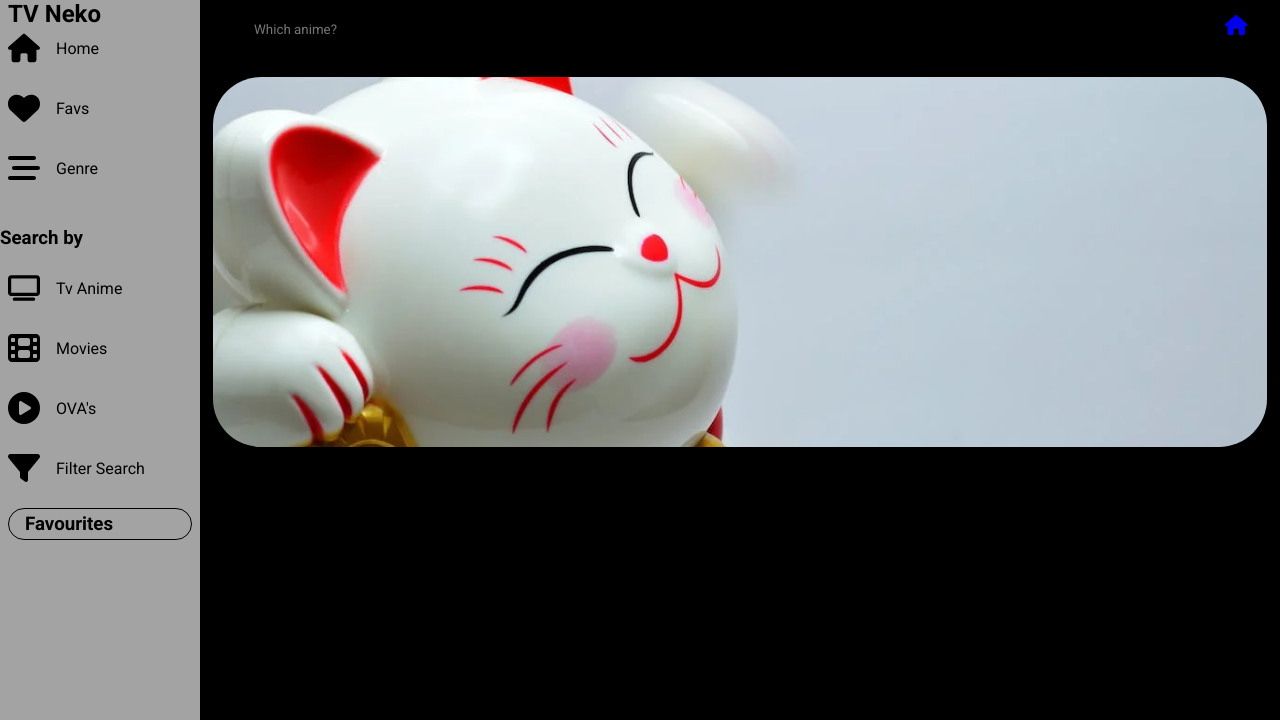
Repository: OwenMargiela/AnimeDatabse
Page: /
An editor plug-in stored every save of this project. The page is shown before and after a run of saves, followed by the edit.
The browser window is 1280 px wide. The pictures show the whole page.
The page's requests for data from a server got no answer. The project was rebuilt for these pictures with package versions that can differ from the ones it lists, and the page was loaded fresh each time. No one was signed in, and anything a server would have sent is missing. Also part of the build but not shown: src/Components/AnimeContainer.jsx, src/Pages/AnimePage/AnimePage.jsx, src/Components/Score.css, src/Components/Score.jsx, src/Components/AnimeDescription.jsx, src/Pages/AnimePage/AnimeInfo.jsx, src/Pages/AnimePage/AnimeGenre.jsx, src/Pages/FavouritesPage/Favourites.css and 7 more.

Above is the page before, as saved 2023-01-26 14:56:26.

### public/index.html
<!DOCTYPE html>
<html lang="en">
  <head>
    <meta charset="utf-8" />
    <link rel="icon" href="%PUBLIC_URL%/favicon.ico" />
    <meta name="viewport" content="width=device-width, initial-scale=1" />
    <meta name="theme-color" content="#000000" />
    <meta
      name="description"
      content="Web site created using create-react-app"
    />
    <link rel="apple-touch-icon" href="%PUBLIC_URL%/logo192.png" />
    <!--
      manifest.json provides metadata used when your web app is installed on a
      user's mobile device or desktop. See https://developers.google.com/web/fundamentals/web-app-manifest/
    -->
    <link rel="manifest" href="%PUBLIC_URL%/manifest.json" />
    <!--
      Notice the use of %PUBLIC_URL% in the tags above.
      It will be replaced with the URL of the `public` folder during the build.
      Only files inside the `public` folder can be referenced from the HTML.

      Unlike "/favicon.ico" or "favicon.ico", "%PUBLIC_URL%/favicon.ico" will
      work correctly both with client-side routing and a non-root public URL.
      Learn how to configure a non-root public URL by running `npm run build`.
    -->
    <title>TV Neko</title>
  </head>
  <body>
    <noscript>You need to enable JavaScript to run this app.</noscript>
    <div id="root"></div>
    <!--
      This HTML file is a template.
      If you open it directly in the browser, you will see an empty page.

      You can add webfonts, meta tags, or analytics to this file.
      The build step will place the bundled scripts into the <body> tag.

      To begin the development, run `npm start` or `yarn start`.
      To create a production bundle, use `npm run build` or `yarn build`.
    -->
  </body>
</html>

### src/index.js
import React from 'react';
import ReactDOM from 'react-dom/client';
import './index.css';
import App from './App';
import reportWebVitals from './reportWebVitals';
import { library } from '@fortawesome/fontawesome-svg-core';
import { faSearch,faStarHalfAlt,faStar,faHouse,faTv,faFilm,faBarsStaggered, faCirclePlay,faHeart,faCalendarDays,faX,faFilter,faArrowRight,faBars} from '@fortawesome/free-solid-svg-icons';

library.add(faSearch,faStarHalfAlt,faStar,faHouse,faTv,faFilm,faBarsStaggered, faCirclePlay,faHeart,faCalendarDays,faX,faFilter,faArrowRight,faBars)
const root = ReactDOM.createRoot(document.getElementById('root'));
root.render(
    <App />
);

// If you want to start measuring performance in your app, pass a function
// to log results (for example: reportWebVitals(console.log))
// or send to an analytics endpoint. Learn more: https://bit.ly/CRA-vitals
reportWebVitals();

### src/index.css
@import url('https://fonts.googleapis.com/css2?family=Roboto:ital,wght@0,100;0,400;0,500;0,700;0,900;1,100;1,700&display=swap');
*{
  margin: 0;
  padding: 0;
  box-sizing: border-box;
  font-family: 'Roboto',sans-serif;
}

### src/App.js
import { BrowserRouter as Router, Routes, Route, Link } from "react-router-dom";
import "./App.css";

import Home from "./Pages/HomePage/Home";
import AnimePage from "./Pages/AnimePage/AnimePage.jsx";
import AnimeInfo from "./Pages/AnimePage/AnimeInfo";
import { useEffect, useState } from "react";
import axios from "axios";
import { FontAwesomeIcon } from "@fortawesome/react-fontawesome";
import AnimeGenre from "./Pages/AnimePage/AnimeGenre";
import Favourites from "./Pages/FavouritesPage/Favourites";
import Sidebar from "./Components/Sidebar";
import Movies from "./Pages/AnimePage/Movies";

import OVA from "./Pages/AnimePage/OVA";
import TvAnime from "./Pages/AnimePage/TvAnime";
import FilterSearch from "./Pages/AnimePage/FilterSearch";

function App() {
  const [animes, setAnimes] = useState();
  const [valueSearch, setValueSearch] = useState();
  const [favourites, setFavourites] = useState([]);
  const [genres, setGenre] = useState([]);

  function sendToFavourites(info) {
    setFavourites([...favourites, info]);
  }

  function removeFromFavourites(anime) {
    setFavourites(
      favourites.filter((favourite) => favourite.mal_id !== anime.mal_id)
    );
    console.log(favourites);
  }

  async function fetchAnime(valueSearch) {
    if (valueSearch) {
      const { data } = await axios.get(
        `https://api.jikan.moe/v4/anime?q=${valueSearch}&sfw`
      );
      setAnimes(data.data);
    }
  }

  useEffect(()=>{
    async function getGenre(){
      const {data} = await axios.get(`https://api.jikan.moe/v4/genres/anime`)
      setGenre(data.data)
    }
    getGenre()
    setTimeout(()=>{
      console.log(genres)
    },300)
  },[])

  console.log(animes)

  function fetchBySearch() {
    fetchAnime(valueSearch);
  }
  return (
    <Router>
      <div className="App">
        <div className="sidebar">
          <Sidebar genres={genres} favourites={favourites}></Sidebar>
        </div>
        <div className="main">
          <nav className="nav">
            <div className="bars__icon" >
          <FontAwesomeIcon icon="fa-solid fa-bars" />

            </div>
            <form>
              <div className="search__container">
                <input
                  placeholder="Which anime?"
                  onKey
                  type="text"
                  value={valueSearch}
                  onChange={(event) => setValueSearch(event.target.value)}
                />
                <Link to="/anime">
                  <button type="submit" onClick={() => fetchBySearch()}>
                    <FontAwesomeIcon icon="fa-search"></FontAwesomeIcon>
                  </button>
                </Link>
              </div>
            </form>
            <div className="home__icon">
              <Link to="/">
                <FontAwesomeIcon icon="fa-house"></FontAwesomeIcon>
              </Link>
            </div>
          </nav>

          <Routes>
            <Route path="/" element={<Home></Home>}></Route>
            <Route
              path="/favourites"
              element={
                <Favourites
                  removeFromFavourites={removeFromFavourites}
                  favourites={favourites}
                ></Favourites>
              }
            ></Route>
            <Route
              path="/anime"
              element={<AnimePage animes={animes}></AnimePage>}
            ></Route>
            <Route
              path=":id/:id"
              element={
                <AnimeInfo
                  favourites={favourites}
                  sendToFavourites={sendToFavourites}
                  animes={animes}
                ></AnimeInfo>
              }
            ></Route>
            <Route path="/:id" element={<AnimeGenre></AnimeGenre>}></Route>
            <Route path="/TV" element={<TvAnime></TvAnime>}></Route>
            <Route path="/Movies" element={<Movies></Movies>}></Route>
            <Route path="/Ova's" element={<OVA></OVA>}></Route>
            <Route path="/filter" element={<FilterSearch genres={genres} ></FilterSearch>}></Route>
          </Routes>
        </div>
      </div>
    </Router>
  );
}

export default App;

### src/App.css
::-webkit-scrollbar {
  display: none;
}

.App {
  display: flex;
  justify-content: space-between;
  height: 100vh;
  min-height: 500px;
  width: 100%;
  background-color: black;
  /* overflow-y: hidden; */
}
a{
  text-decoration: none;
}

li{
  list-style-type: none;
  color: black;
}

nav {
  position: sticky;
  top: 0;
  display: flex;
  align-items: center;
  justify-content: space-between;
  margin-bottom: 1.75rem;
  padding: 0.75em 1.25em;
  width: 100%;
  height: 3em;
}


.main {
  margin: 0 0.75em ;
  border: 1px solid black;
  overflow-y: scroll;
  width: 100%;
}

.sidebar {
  max-width: 250px;
  min-width: 200px;
  border: 1px solid black;
  background-color: rgb(190, 190, 190);
}

.landinImageContainer {
  width: 100%;
  height: 370px;
  margin: 0 auto;
}

.landinImageContainer img {
  height: 100%;
  border-radius: 3rem;
  width: 100%;
  object-fit: cover;
}

.home__icon,
.bars__icon {
  font-size: 1.25rem;
}

.bars__icon {
  display: none;
}

.home__icon {
  margin-left: 0.8rem;
}

.search__container {
  display: flex;
  align-items: center;
  justify-content: center;
  width: 100%;
  margin-top: 0.5em;
  margin-left: 0.5em;
  height: 2.75em;
  padding: 0 0.75em;
  border-radius: 2rem;
  border: 1px solid black;
}

.search__container input {
  width: 100%;
  border: none;
  outline: none;
  background: none;
}

.search__container button {
  background-color: transparent;
  border: none;
  color: none;
  cursor: pointer;
}

.anime__wrapper--container{
  display: flex;
  flex-direction: column;
  margin-bottom: -100px;
}

.anime__container{
  display: flex;
  flex-direction: column;
  align-items: center;
  flex-grow: 1;

}

.anime__image{
  border: 1px solid black;
  border-radius: 1em;
  min-width: 14rem;
  margin-bottom: 1rem;

}


/* .anime__image{
  border: 1px solid black;
  height: 100%;
  width: 100%;
  object-fit: cover;
  flex-grow: 1;
  margin-right: 1.25em;
  margin-bottom: 1.25em;
} */
.mainBody{
  margin: 2em 0;
  /* border: 1px solid black; */
}

@media screen and (max-width: 700px) {
  .sidebar {
    display: none;
  }
  .bars__icon {
    display: block;
  }
}
@media screen and (min-width: 480px) {
  .anime__wrapper{
    display: flex;
    flex-wrap: wrap;
    justify-content: space-between;
    margin-bottom: 7rem;

  }
  .anime__image{
    max-height: 300px;
  }
}
@media screen and (max-width: 480px) {
  .anime__wrapper{
    display: flex;
    flex-direction: column;
    align-items: center;

  }
  .anime__image{
    height: 400px;
  }
  nav{
    justify-content: center;
  }
}

### src/Pages/HomePage/Home.jsx
import React, { useEffect, useState } from "react";
import neko from "./assets/neko.webp";
import axios from "axios";
import AnimeContainer from "../../Components/AnimeContainer";
import { Link } from "react-router-dom";
function Home() {
  const [top, setTop] = useState();
  const [movies, setMovies] = useState();
  const [adventure, setAdventure] = useState();

  useEffect(() => {
    async function getFrontPage() {
      const { data: top } = await axios.get(
        "https://api.jikan.moe/v4/top/anime"
      );
      setTop(top.data.slice(0, 12));

      const { data: movie } = await axios.get(
        "https://api.jikan.moe/v4/anime?type=movie"
      );
      setMovies(movie.data.slice(0, 6));

      const { data: adventure } = await axios.get(
        "https://api.jikan.moe/v4/anime?genres=2&order_by=score&sort=desc"
      );
      setAdventure(adventure.data.slice(0, 6));
    }
    getFrontPage();
  }, []);

  return (
    <div className="Home">
      <div className="landinImageContainer">
        <img src={neko} alt="" />
      </div>
      <div className="mainBody">
        <div className="anime__wrapper--container">
          <h2>Top Anime</h2>
          <div className="anime__wrapper">
            {top?.slice(0, 6).map((anime) => (
              <Link to={`anime/${anime.mal_id}`}>
                <AnimeContainer anime={anime}></AnimeContainer>
              </Link>
            ))}
          </div>
        </div>

        <div className="anime__wrapper--container">
          <h2>Movies</h2>
          <div className="anime__wrapper">
            {movies?.map((anime) => (
              <Link to={`anime/${anime.mal_id}`}>
                <AnimeContainer anime={anime}></AnimeContainer>
              </Link>
            ))}
          </div>
        </div>

        <div className="anime__wrapper--container">
          <h2>Adventure Anime</h2>
          <div className="anime__wrapper">
            {adventure?.map((anime) => (
              <Link to={`anime/${anime.mal_id}`}>
                <AnimeContainer anime={anime}></AnimeContainer>
              </Link>
            ))}
          </div>
        </div>
      </div>
    </div>
  );
}

export default Home;

### src/Components/Sidebar.jsx
import { FontAwesomeIcon } from "@fortawesome/react-fontawesome";
import React from "react";
import "./Sidebar.css";
import { Link } from "react-router-dom";
import { useState } from "react";

function Sidebar({ favourites, genres }) {
  const [genreToggle, setGenreToggle] = useState(false);
  function toggleGenre() {
    genreToggle === false ? setGenreToggle(true) : setGenreToggle(false);
  }

  return (
    <>
      <div className="sidebar">
        <div className="sidebar__head">
          <h2>TV Neko</h2>
        </div>
        <ul className="sidebar__list">
          <Link to="/">
            <li className="sidebar__list--item">
              <FontAwesomeIcon
                className="sidebar__list--item-icon"
                icon="fa-solid fa-house"
              ></FontAwesomeIcon>
              <p>Home</p>
            </li>
          </Link>

          <Link to="/favourites">
            <li className="sidebar__list--item">
              <FontAwesomeIcon
                className="sidebar__list--item-icon"
                icon="fa-solid fa-heart"
              ></FontAwesomeIcon>
              {favourites.length > 0 && <span>{favourites.length}</span>}
              <p>Favs</p>
            </li>
          </Link>
          <li
            onClick={() => toggleGenre()}
            className="sidebar__list--item sidebar__list--item-genre"
          >
            <div className="icon__para">
              <FontAwesomeIcon
                className="sidebar__list--item-icon"
                icon="fa-solid fa-bars-staggered"
              />
              <p>Genre</p>
            </div>
            <li className="genres">
              <div className={`${genreToggle} || Sidebar__genres`}>
                {genres
                  ?.filter(
                    (genres) =>
                      genres.mal_id !== 28 &&
                      genres.mal_id !== 26 &&
                      genres.mal_id !== 9
                  )
                  .slice(0, 8)
                  .map((genre) => (
                    <Link to={`/${genre.mal_id}`}>
                      <div className="sidebar__genre">
                        <p>{genre.name}</p>
                      </div>
                    </Link>
                  ))}
                  <Link to="/filter" >
                <p className="view__all-btn">
                  view all{" "}
                  <FontAwesomeIcon icon="fa-solid fa-arrow-right"></FontAwesomeIcon>
                </p>
                  </Link>
              </div>
            </li>
          </li>

          <br />
          <h3>
            Search by
          </h3>
          <br />
          <Link to="/TV">
            <li className="sidebar__list--item">
              <FontAwesomeIcon
                className="sidebar__list--item-icon"
                icon="fa-solid fa-tv"
              />
              <p>Tv Anime</p>
            </li>
          </Link>
          <Link to="/Movies">
            <li className="sidebar__list--item">
              <FontAwesomeIcon
                className="sidebar__list--item-icon"
                icon="fa-solid fa-film"
              />
              <p>Movies</p>
            </li>
          </Link>
          <Link to="/Ova's">
            <li className="sidebar__list--item">
              <FontAwesomeIcon
                className="sidebar__list--item-icon"
                icon="fa-solid fa-circle-play"
              />
              <p>OVA's</p>
            </li>
          </Link>
          <Link to="/filter">
            <li className="sidebar__list--item">
              <FontAwesomeIcon
                className="sidebar__list--item-icon"
                icon="fa-solid fa-filter"
              />
              <p>Filter Search</p>
            </li>
          </Link>
        </ul>

        <div className="Favourite">
          <h3>Favourites</h3>
          <ul className="favourites__list">
            {favourites?.slice(0, 5).map((anime) => (
              <Link to={`/favourites`}>
                <li className="favourites__list--item" key={anime.mal_id}>
                  {anime.title}
                </li>
              </Link>
            ))}
          </ul>
        </div>
      </div>
    </>
  );
}

export default Sidebar;

### src/Components/Sidebar.css
li{
    list-style-type: none;
}

.sidebar{
    border: none;
    background-color: #a3a3a3;
    padding-bottom: 200px;
    overflow-y: hidden;
}
.sidebar__head{
    display: flex;
    flex-direction: column;
    margin-left: 8px;
}

.sidebar__head--img{
    width: 50%;
    object-fit: cover;
    border-radius: 50%;
}



.sidebar__list--item,
.favourites__list--item{
    display: flex;
    align-items: center;
    margin-bottom: 20px;
    width: 90%;
    padding: 4px 8px;
    border-radius: 1rem;
    transition: all 300ms ease;
    cursor: pointer;

}
.sidebar__list--item-icon{
    height: 32px;
    width: 32px;
}

.sidebar__list--item p{
    margin-left: 16px;

}
.sidebar__list--item span{
    display: flex;
    justify-content: center;
    align-items: center;
    width: 16px;
    height: 16px;
    transform: translate(-10px,10px);
    background-color: rgb(231, 231, 231);
    color: rgb(71, 71, 71) ;
    box-shadow: 0px 0px 15px 1px rgba(235, 235, 235, 0.45);
    border-radius: 50%;

}


.sidebar__list--item:hover,
.favourites__list--item:hover{
    transform: translateX(5px);
    background-color: rgb(231, 231, 231);
    color: rgb(71, 71, 71) ;
    box-shadow: 0px 0px 15px 1px rgba(235, 235, 235, 0.45);
}
.Sidebar__genres{
    display: flex;
    flex-direction: column;
    flex-wrap: wrap;
    /* visibility: hidden; */
    height: 4px;
    transition: all 200ms ease;

}
.true{
    visibility: visible;
    height: 250px;
}
.true .sidebar__genre{
    display: flex;
    align-items: center;
    padding: 2px 6px;
    border: 1px solid black;
    border-radius: 20px;
    transition: all 300ms;

}
.true .sidebar__genre:hover{
    transform: translateX(15px);
}
.true .view__all-btn {
    display: block;
}
.view__all-btn{
    display: none;
    transform: translate(-16px,10px)
}
.sidebar__genre{
    display: none;
    width: 150px;
    font-size: 12px;
    margin-top: 4px;
}
.sidebar__list--item-genre{
    display: flex;
    flex-direction: column;
    align-items: flex-start;
    padding-bottom: 0px;
}
.icon__para{
    display: flex;
    align-items: center;
}

.Favourite{
    margin-left: 8px;
    margin-right: 8px;
    padding: 4px 16px;
    border: 1px solid black;
    border-radius: 16px;
    /* min-height: 250px;
    height: 250px; */
}
.favourites__list--item{
    margin-bottom: 8px;
    padding: 3px 12px;
}

@media screen and (max-width: 600px) {

        .sidebar{display: none;}

}

Loaded but not shown: src/reportWebVitals.js (common file)

After the next 5 saves:
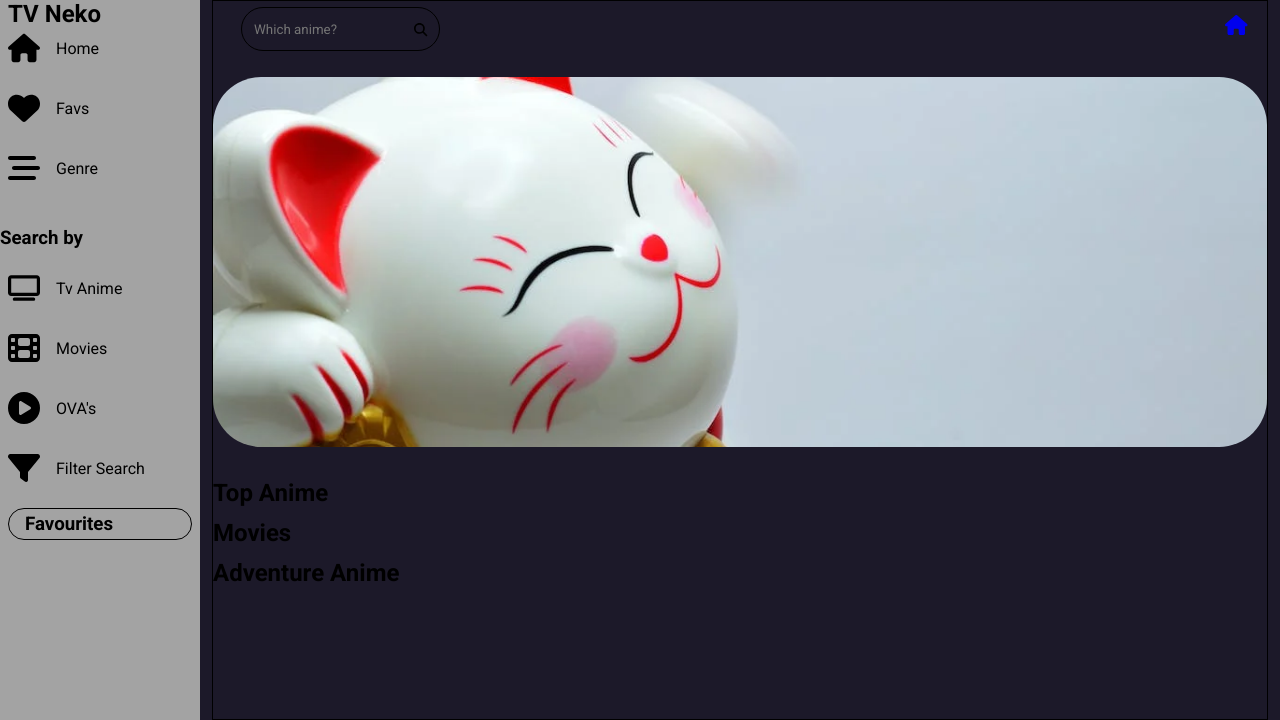
The 5 saves are shown as one change because they came seconds apart.
The last was saved 15 s later.
--- a/src/App.css
+++ b/src/App.css
@@ -8,7 +8,7 @@
   height: 100vh;
   min-height: 500px;
   width: 100%;
-  background-color: black;
+  background-color: rgb(28, 25, 41);
   /* overflow-y: hidden; */
 }
 a{
